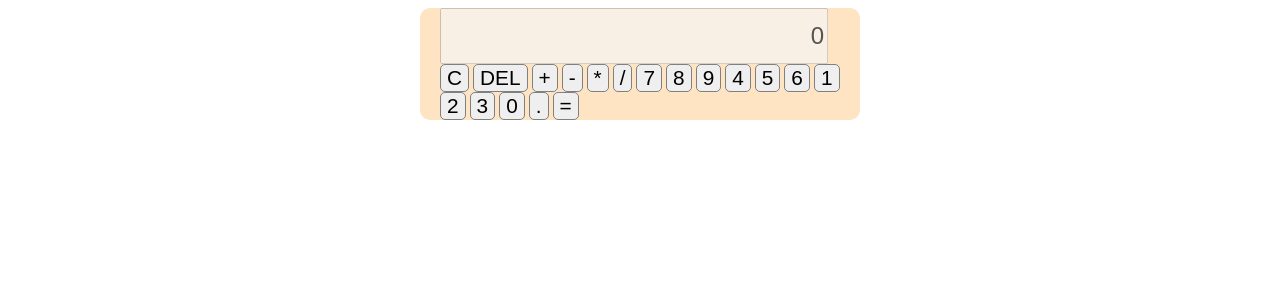
Repository: jaskeat/Calculator
Page: index.html
These files come from the project's save history. The page is drawn as it stood at one moment and after the next save; the edit follows.
The browser window is 1280 px wide. The pictures show the whole page.

Above is the page before, as saved 2024-09-05 09:07:59.

After the next save:
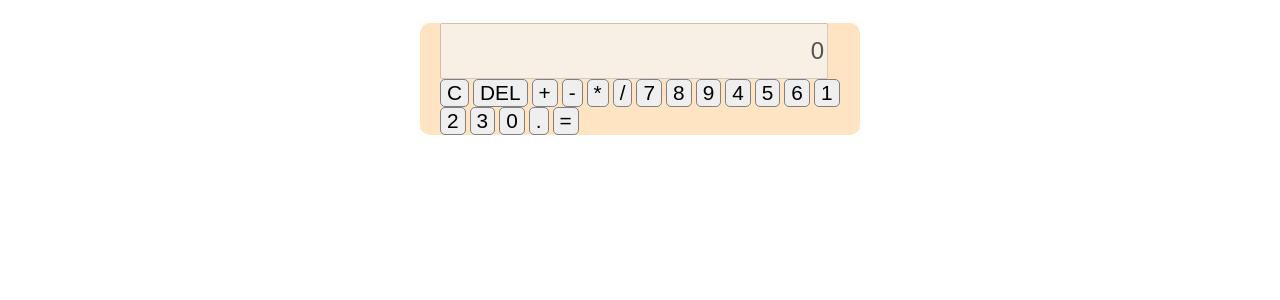
Saved 5 s later.
--- a/style.css
+++ b/style.css
@@ -7,7 +7,7 @@ body {
 .calculator {
 	width: 400px;
 	max-width: 600px;
-	margin: auto auto;
+	margin: 15px; auto;
 	padding: 0 20px;
 	background-color: bisque;
 	border-radius: 10px;
